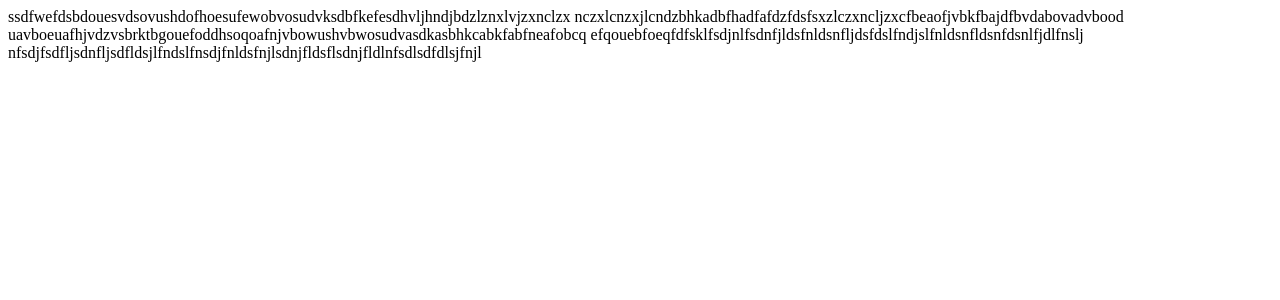
Repository: zhanj122/zhanj122.github.io
Page: composition/index2.html
The author's editor kept a record of every edit. The page is drawn from the files as they stood at one moment, then again after the next edit.
The browser window is 1280 px wide. The pictures show the whole page.

Above is the page before.

### composition/index2.html
<html>

  <p>
  <font="courier">
  ssdfwefdsbdouesvdsovushdofhoesufewobvosudvksdbfkefesdhvljhndjbdzlznxlvjzxnclzx
  nczxlcnzxjlcndzbhkadbfhadfafdzfdsfsxzlczxncljzxcfbeaofjvbkfbajdfbvdabovadvbood
  uavboeuafhjvdzvsbrktbgouefoddhsoqoafnjvbowushvbwosudvasdkasbhkcabkfabfneafobcq
  efqouebfoeqfdfsklfsdjnlfsdnfjldsfnldsnfljdsfdslfndjslfnldsnfldsnfdsnlfjdlfnslj
  nfsdjfsdfljsdnfljsdfldsjlfndslfnsdjfnldsfnjlsdnjfldsflsdnjfldlnfsdlsdfdlsjfnjl
  </font>
  </p>

</html>

After the next edit:
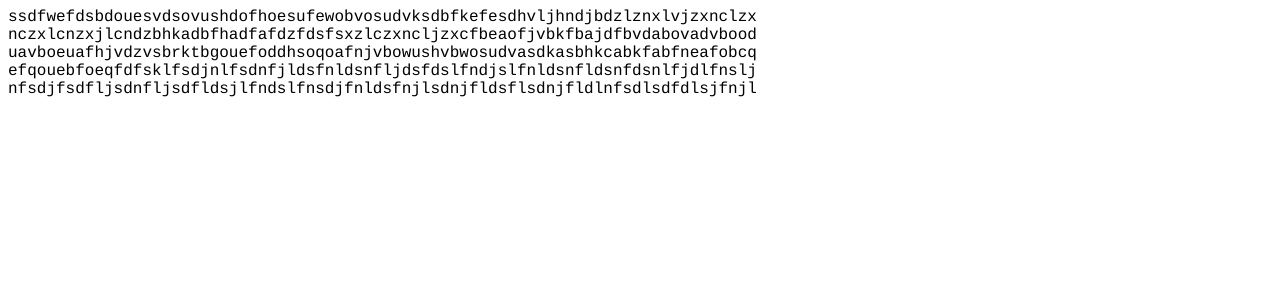
The edit:
--- a/composition/index2.html
+++ b/composition/index2.html
@@ -1,7 +1,7 @@
 <html>
 
   <p>
-  <font="courier">
+  <font face="courier">
   ssdfwefdsbdouesvdsovushdofhoesufewobvosudvksdbfkefesdhvljhndjbdzlznxlvjzxnclzx
   nczxlcnzxjlcndzbhkadbfhadfafdzfdsfsxzlczxncljzxcfbeaofjvbkfbajdfbvdabovadvbood
   uavboeuafhjvdzvsbrktbgouefoddhsoqoafnjvbowushvbwosudvasdkasbhkcabkfabfneafobcq
